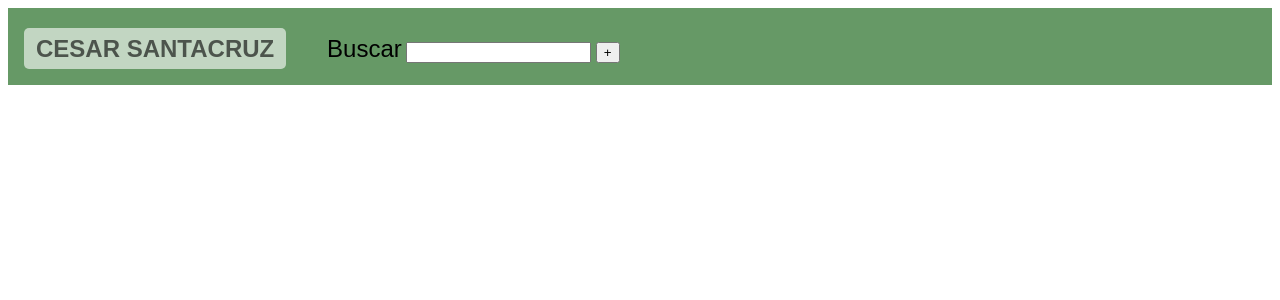
Repository: cesarsant0203/My_Study
Page: Introducción al desarrollo web/2-Css/2.7-colores_en_css3.html
An editor plug-in stored every save of this project. The page is shown before and after a run of saves, followed by the edit.
The browser window is 1280 px wide. The pictures show the whole page.

Above is the page before, as saved 2020-04-29 10:02:01.

### Introducción al desarrollo web/2-Css/2.7-colores_en_css3.html
<!DOCTYPE html>
<html lang="es">
    <head>
        <meta charset="utf-8"/>
        <title>Colores en CSS3</title>
        <link href="2.7-colores_en_css3.css" rel="stylesheet"/>
    </head>
    <body>
        <header>
            <h1>
                <a href="#">CESAR SANTACRUZ</a>
            </h1>
            <form action="">
                <label for="buscar">Buscar</label>
                <input type="text" id="buscar">
                <button>+</button>
            </form>

        </header>
    </body>
</html>

### Introducción al desarrollo web/2-Css/2.7-colores_en_css3.css
body {
    font-family: Arial, Helvetica, sans-serif;
    line-height: 1.4;
}

header {
    background: #696;
    padding: 1em;
}
h1 {
    display: inline;
}
a{
    font-size: 24px;
    font-weight: bold;
    color: rgba(0, 0, 0, 0.609);
    text-decoration: none;
    padding: 0.3em 0.5em;
    border-radius: 5px;
    background-color: rgba(255, 255, 255, 0.602);
    transition: background-color is linear;
}
form {
    display: inline;
    margin-left: auto;
    padding-left: 2em;
    width: 100%;
}
label {
    font-size: 24px;
}
input {
    padding: 0.7;
}

After the next 7 saves:
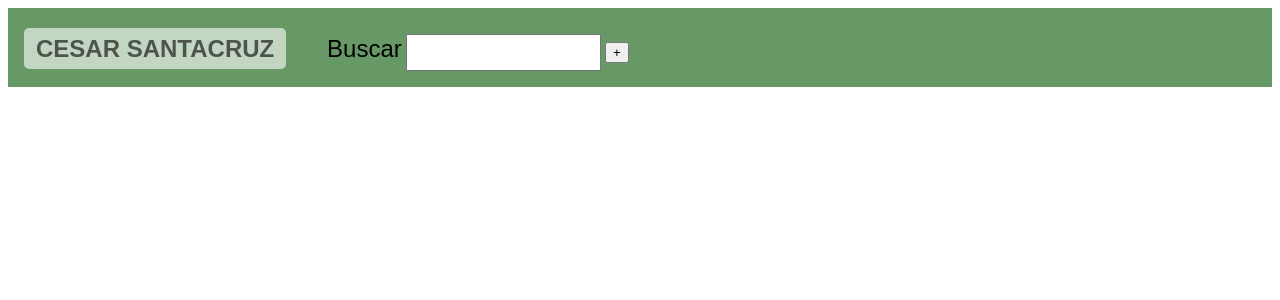
The 7 saves are shown as one change because they came seconds apart.
The last was saved 19 s later.
--- a/Introducción al desarrollo web/2-Css/2.7-colores_en_css3.css
+++ b/Introducción al desarrollo web/2-Css/2.7-colores_en_css3.css
@@ -30,5 +30,5 @@ label {
     font-size: 24px;
 }
 input {
-    padding: 0.7;
+    padding: 0.7em 0.5em;
 }
